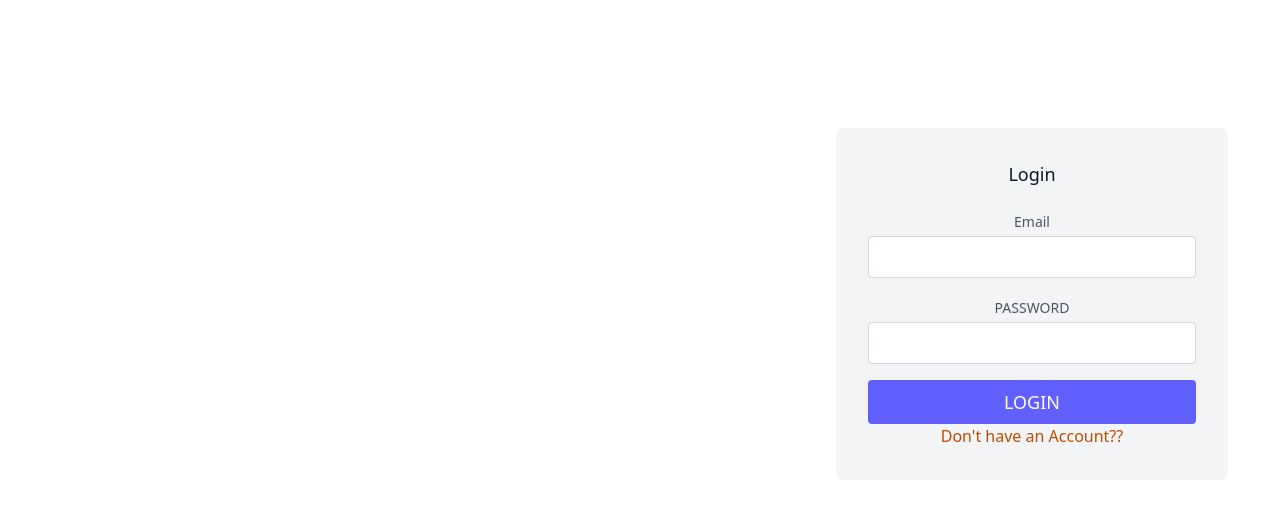
Repository: ridhukhan/Authentication
Page: / (app in frontend/)
An editor plug-in stored every save of this project. The page is shown before and after the next save, followed by the edit.
The browser window is 1280 px wide. The pictures show the whole page.
The page's requests for data from a server got no answer. The project was rebuilt for these pictures with package versions that can differ from the ones it lists, and the page was loaded fresh each time. No one was signed in, and anything a server would have sent is missing. Also part of the build but not shown: frontend/vite.config.js, frontend/src/pages/Allusers.jsx, frontend/src/pages/Home.jsx, frontend/src/pages/Register.jsx, frontend/src/pages/VerifyOtp.jsx, frontend/src/pages/Verify.jsx, frontend/src/pages/Dashboard.jsx, frontend/src/pages/Conversation.jsx and 1 more.

Above is the page before, as saved 2026-02-15 21:59:09.

### frontend/src/main.jsx
import { StrictMode } from 'react'
import { createRoot } from 'react-dom/client'
import './index.css'
import App from './App.jsx'
import { AppProvider } from './context/AppContext.jsx'
import { SocketProvider } from './context/SocketContext.jsx'
export const server = "http://localhost:3000"
createRoot(document.getElementById('root')).render(


       <StrictMode>
        <AppProvider>
          <SocketProvider>
    <App />
    </SocketProvider>
    </AppProvider>

  </StrictMode>,
)

### frontend/src/App.jsx
import './App.css'
import {BrowserRouter,Routes,Route} from "react-router-dom"
import Home from './pages/Home'
import Login from './pages/login'
import Register from './pages/Register'
import {Toaster} from "sonner"
import VerifyOtp from './pages/VerifyOtp'
import { AppData } from './context/AppContext'
import Loading from './Loading'
import Verify from './pages/Verify'
import Dashboard from './pages/Dashboard'
import Allusers from './pages/Allusers'
import Conversation from './pages/Conversation'
import ForgotPass from './pages/ForgotPass'
function App() {
const {isAuth,loading}=AppData()
  return (
    <>
      {loading?(
        <Loading/>): (<BrowserRouter>
<Toaster/>
       <Routes>
        <Route  path='/' element={isAuth? <Home/>:<Login/>}/>
        <Route  path='/login' element={isAuth? <Home/>:<Login/>}/>
        <Route  path='/register' element={isAuth? <Home/>:<Register/>}/>
        <Route  path='/verifyotp' element={isAuth? <Home/>:<VerifyOtp/>}/>
        <Route  path='/token/:token' element={isAuth? <Home/>:<Verify/>}/>
        <Route  path='/dashboard' element={isAuth? <Dashboard/>:<Login/>}/>
        <Route  path='/allusers' element={isAuth? <Allusers/>:<Login/>}/>
<Route path='/chat/:id' element={isAuth?<Conversation/>:<Login/>}/>
<Route path='/forgot-password' element={<ForgotPass/>}/>
       </Routes>
       </BrowserRouter>)}
    </>
  )
}

export default App

### frontend/src/context/AppContext.jsx
import { useState } from "react";
import { createContext } from "react";
import { useEffect } from "react";
import { useContext } from "react";
import api from "../apiinterchapter";
import { toast } from "sonner";
const AppContext=createContext(null)
export const AppProvider=({children})=>{
    const [user,setUser]=useState(null)
    const [loading ,setLoading]=useState(true)
    const [isAuth ,setIsAuth]=useState(false)
    async function fetchUser(){

        setLoading(true)
        try {
            const {data}=await api.get(`/api/user/me`);
            setUser(data.user)
            setIsAuth(true)
        } catch (error) {
       console.log(error)
       setUser(null)
       setIsAuth(false)
        }finally{
            setLoading(false)
        }
    }

    async function logoutUser(navigate){
        try {
            const {data}= await api.post("/api/user/logout")
            toast.success(data.message)
            setIsAuth(false)
            setUser(null)
            navigate("/login")
        } catch (error) {
            toast.error(error.message)
        }
    }
    useEffect(()=>{
        fetchUser()
    },[])
return(<AppContext.Provider value={{setIsAuth,isAuth,user,setUser,loading,logoutUser}}>{children}</AppContext.Provider>
);
};
export const AppData=()=>{
    const context=useContext(AppContext)
    if(!context) throw new Error("AppData must be used Appprovider");
    return context;
}

### frontend/src/context/SocketContext.jsx
import { createContext, useContext, useEffect, useState } from "react";
import { io } from "socket.io-client";
import { AppData } from "./AppContext";

const SocketContext = createContext();

export const useSocket = () => {
  return useContext(SocketContext);
};

export const SocketProvider = ({ children }) => {
  const [socket, setSocket] = useState(null);
  const [onlineUsers, setOnlineUsers] = useState([]);
  const { user } = AppData();

  useEffect(() => {
    if (user) {
      const socket = io("http://localhost:3000", {
        query: {
          userId: user._id,
        },
        withCredentials: true,
      });

      setSocket(socket);

      socket.on("getOnlineUsers", (users) => {
        setOnlineUsers(users);
      });

      return () => socket.close();
    } else {
      if (socket) {
        socket.close();
        setSocket(null);
      }
    }
  }, [user]);

  return (
    <SocketContext.Provider value={{ socket, onlineUsers }}>
      {children}
    </SocketContext.Provider>
  );
};

### frontend/src/pages/login.jsx
import React from 'react'
import { useState } from 'react'
import { Link, useNavigate } from 'react-router-dom'
import axios from "axios"
import { server } from '../main'
import { toast } from 'sonner'
const Login = () => {
    const [email,setEmail]=useState("")
    const [password,setPassword]=useState("")
    const [loading,setLoading]=useState(false)
    const navigate =useNavigate()
const submithandler=async (e)=>{
    setLoading(true)
    e.preventDefault();
try {
    const {data}= await axios.post(`${server}/api/user/login`,{
        email,
        password})
    toast.success(data.message)
    localStorage.setItem("email",email)
    navigate("/verifyotp")
} catch (error) {
    toast.error(error.message)
}finally{
    setLoading(false)
}


}
  return (
    <div>
        <section className="text-gray-600 body-font">
  <div className="container px-5 py-24 mx-auto flex flex-wrap items-center">

    <form onSubmit={submithandler} className="lg:w-2/6 md:w-1/2 bg-gray-100 rounded-lg p-8 flex flex-col
     md:ml-auto w-full mt-10 md:mt-0">
      <h2 className="text-gray-900 text-lg font-medium title-font mb-5">Login</h2>

      <div className="relative mb-4">
        <label htmlFor="email" className="leading-7 text-sm text-gray-600">Email</label>
        <input type="email"
        id="email"
         name="email"
          value={email}
           onChange={(e)=>setEmail(e.target.value)}
           className="w-full bg-white rounded border border-gray-300 focus:border-indigo-500 focus:ring-2 focus:ring-indigo-200 text-base outline-none text-gray-700 py-1 px-3 leading-8 transition-colors duration-200 ease-in-out"/>
      </div>

      <div className="relative mb-4">
        <label htmlFor="password" className="leading-7 text-sm text-gray-600">PASSWORD</label>
        <input type="password" id="password" name="password"
          value={password}
           onChange={(e)=>setPassword(e.target.value)}
        className="w-full bg-white rounded border border-gray-300 focus:border-indigo-500 focus:ring-2 focus:ring-indigo-200 text-base outline-none
         text-gray-700 py-1 px-3 leading-8 transition-colors duration-200 ease-in-out"/>
      </div>
      <button   className="text-white bg-indigo-500 border-0 py-2 px-8 focus:outline-none hover:bg-indigo-600 rounded text-lg"
       disabled={loading}>{loading?"submitting data.......":"LOGIN"}</button>
   <Link to={"/register"} className='text-amber-700'>Don't have an Account??</Link>
    </form>
  </div>
</section>
    </div>
  )
}

export default Login

### frontend/src/Loading.jsx
import React from 'react'

const Loading = () => {
  return (
    <div className="w-[25] m-auto mt-40">Loading......</div>
  )
}

export default Loading

### frontend/src/apiinterchapter.js
import axios from "axios"

const server ="http://localhost:3000"
const getCookie=(name)=>{
    const value=`;${document.cookie}`
    const parts=value.split(`;${name}=`)
    if(parts.length===2) return parts.pop().split(";").shift()
}
const api = axios.create({
    baseURL:server,
    withCredentials:true,
});

api.interceptors.request.use(
   (config)=>{
    if(config.method==="post" || config.method === "put" || config.method==="delete"){
        const csrfToken=getCookie("csrfToken");
        if(csrfToken){
            config.headers["x-csrf-token"]=csrfToken;
        }
    }
    return config
   },(error)=>{
    return Promise.reject(error)
   }
);
const queues = { auth: [], csrf: [] };
const flags = { auth: false, csrf: false };

const processQueue = (type, error = null) => {
  queues[type].forEach((p) => (error ? p.reject(error) : p.resolve()));
  queues[type] = [];
};

// Generic refresh handler
const handleRefresh = async (type, endpoint, originalRequest) => {
  if (flags[type]) {
    return new Promise((resolve, reject) => {
      queues[type].push({ resolve, reject });
    }).then(() => api(originalRequest));
  }

  flags[type] = true;
  originalRequest._retry = true;

  try {
    await api.post(endpoint);
    processQueue(type);
    return api(originalRequest);
  } catch (err) {
    processQueue(type, err);
    return Promise.reject(err);
  } finally {
    flags[type] = false;
  }
};

// Response interceptor
api.interceptors.response.use(
  (res) => res,
  async (error) => {
    const originalRequest = error.config;

    if (error.response?.status !== 403 || originalRequest._retry) {
      return Promise.reject(error);
    }

    const errorCode = error.response.data?.code || "";

    if (errorCode.startsWith("CSRF_")) {
      return handleRefresh("csrf", "/api/user/refresh-csrf", originalRequest);
    }

    return handleRefresh("auth", "/api/user/refresh", originalRequest);
  }
);

export default api;

Loaded but not shown: frontend/index.html (common file); frontend/src/index.css (common file); frontend/src/App.css (common file)

After the next save:
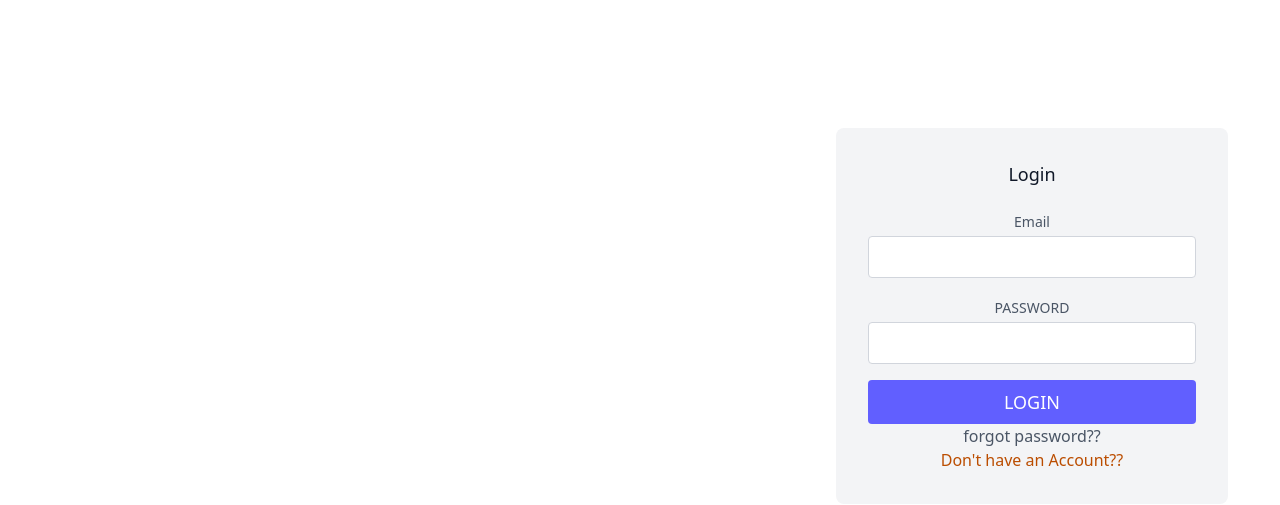
Saved 23 s later.
--- a/frontend/src/pages/login.jsx
+++ b/frontend/src/pages/login.jsx
@@ -56,6 +56,8 @@
       </div>
       <button   className="text-white bg-indigo-500 border-0 py-2 px-8 focus:outline-none hover:bg-indigo-600 rounded text-lg"
        disabled={loading}>{loading?"submitting data.......":"LOGIN"}</button>
+
+       <p>forgot password?? {navigate("/forgot-password")}</p>
    <Link to={"/register"} className='text-amber-700'>Don't have an Account??</Link>
     </form>
   </div>

After the 4 saves that followed:
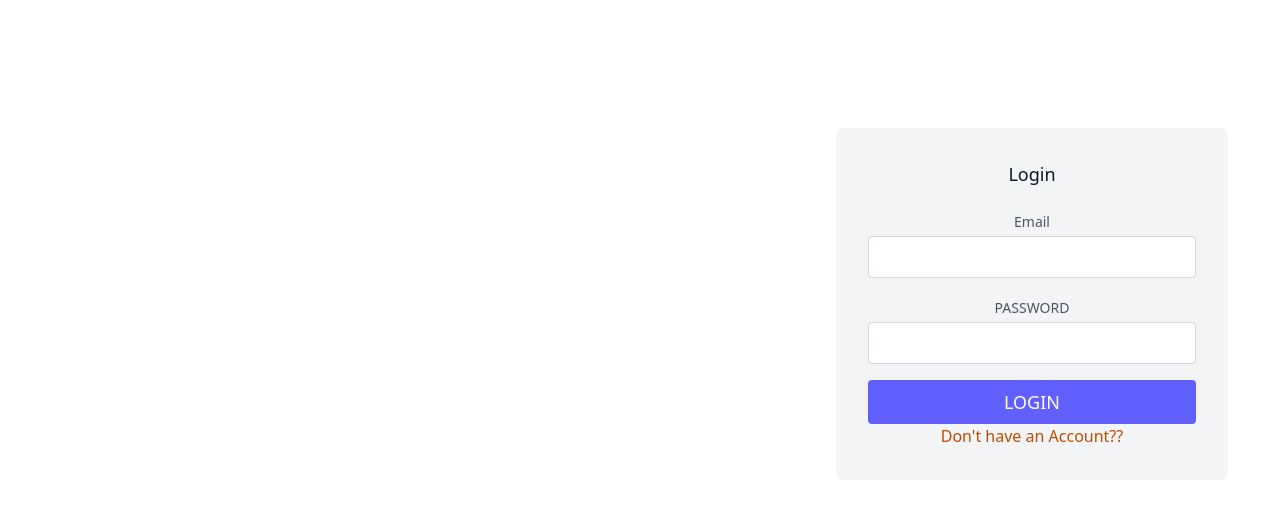
The 4 saves are shown as one change because 3 left the picture as it was.
The last was saved 3 min 2 s later.
--- a/frontend/src/pages/login.jsx
+++ b/frontend/src/pages/login.jsx
@@ -57,7 +57,6 @@
       <button   className="text-white bg-indigo-500 border-0 py-2 px-8 focus:outline-none hover:bg-indigo-600 rounded text-lg"
        disabled={loading}>{loading?"submitting data.......":"LOGIN"}</button>
 
-       <p>forgot password?? {navigate("/forgot-password")}</p>
    <Link to={"/register"} className='text-amber-700'>Don't have an Account??</Link>
     </form>
   </div>
